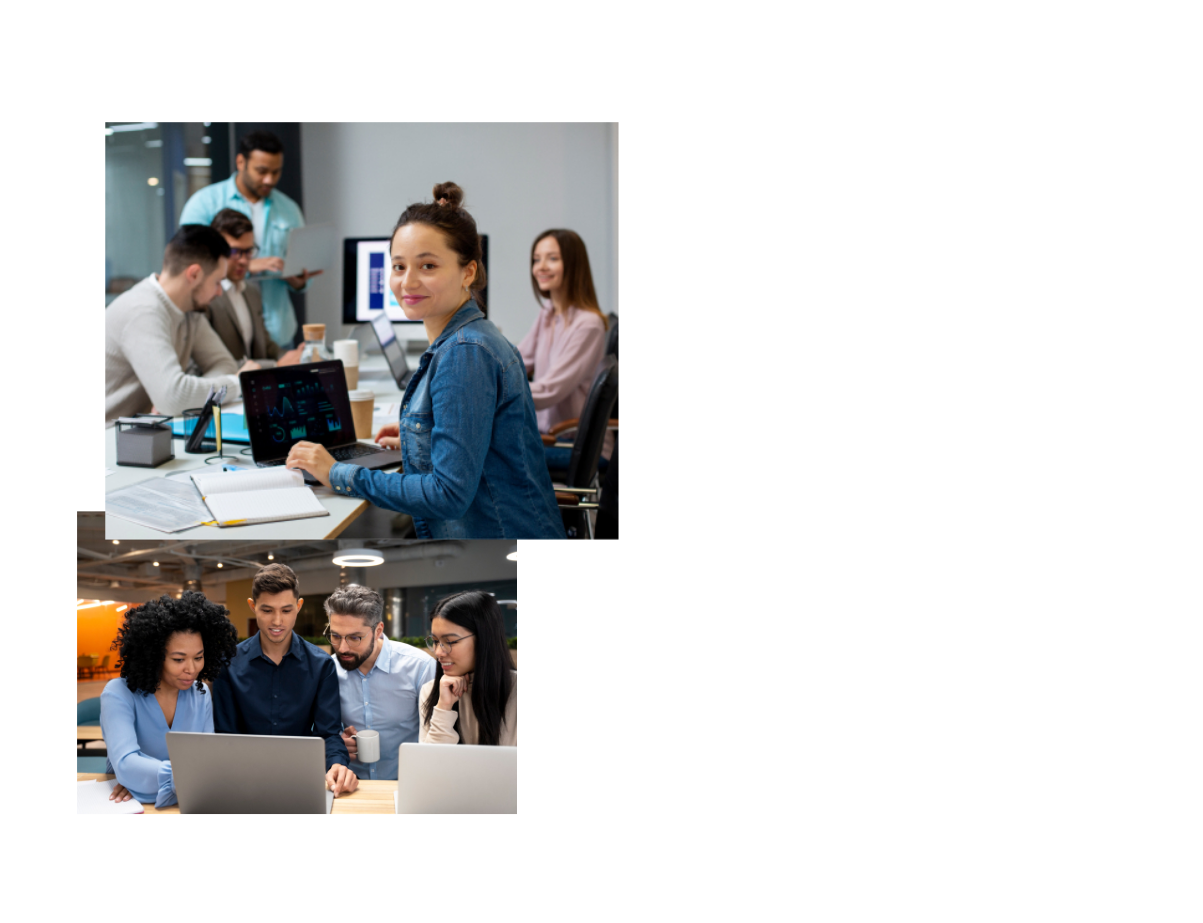
Repository: tagnam/mirehel2.0
Page: about.html
These files come from the project's save history. The page is drawn as it stood at one moment and after the next save; the edit follows.
The browser window is 1280 px wide. The pictures show the whole page, at 94% of full size.

Above is the page before, as saved 2025-02-03 11:49:37.

After the next save:
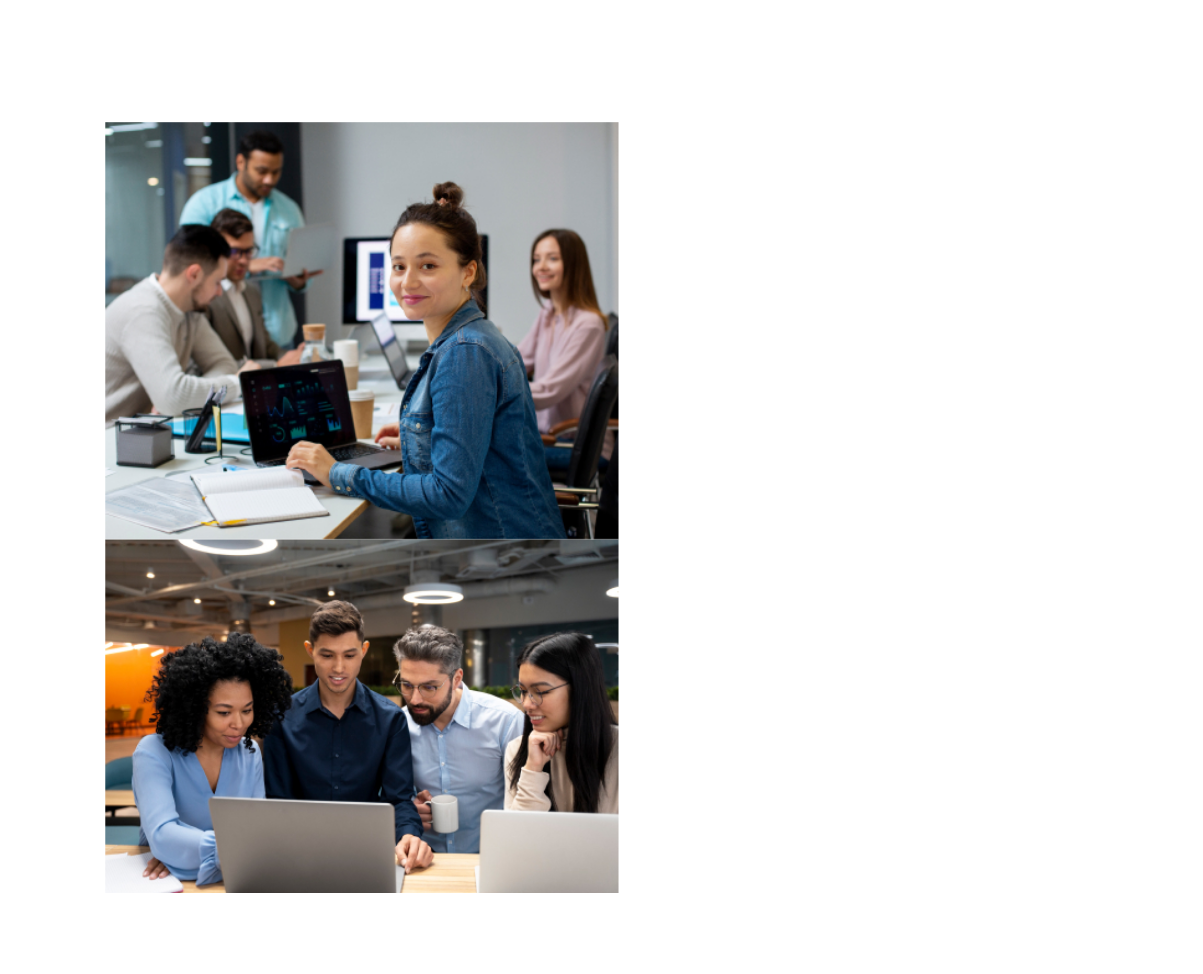
Saved 4 s later.
--- a/about.html
+++ b/about.html
@@ -20,7 +20,7 @@
                 <div class="about-left">
                     <figure class="about-img-container">
                         <img class="about-img" src="images/about-img-1.jpg" alt="">
-                        <img class="about-img-2" src="images/about-img-2.jpg" alt="">
+                        <img class="about-img" src="images/about-img-2.jpg" alt="">
                     </figure>
                 </div>
             </div>
